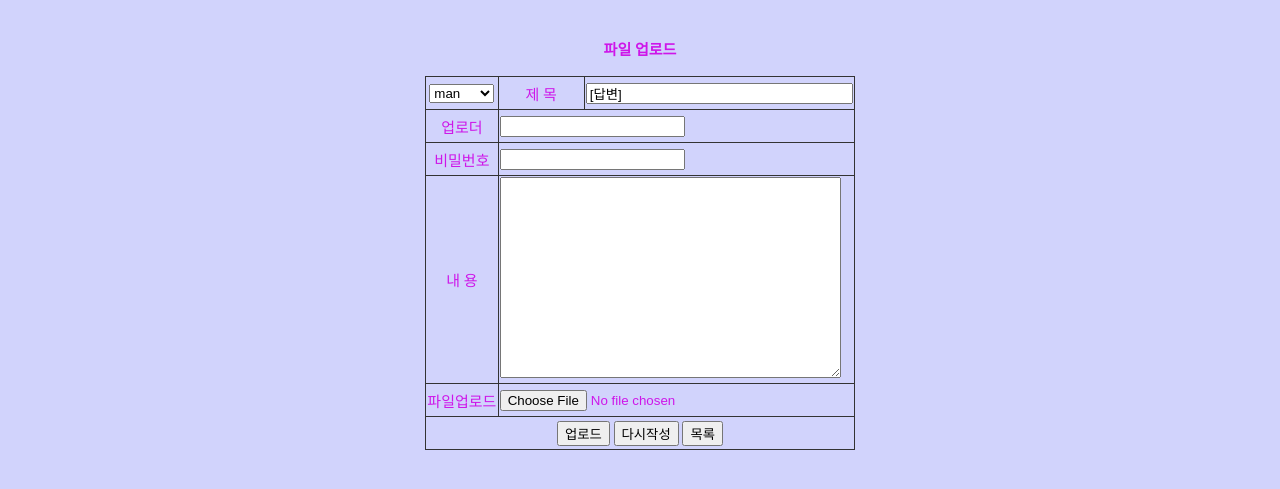
Repository: LouisKisaragi/BB-Bank
Page: http://localhost/FUBoard/board/writeForm.jsp
An editor plug-in stored every save of this project. The page is shown before and after a run of saves, followed by the edit.
The browser window is 1280 px wide. The pictures show the whole page.
The page is served by Tomcat 9.

Above is the page before, as saved 2017-11-10 04:45:16.

After the next 2 saves:
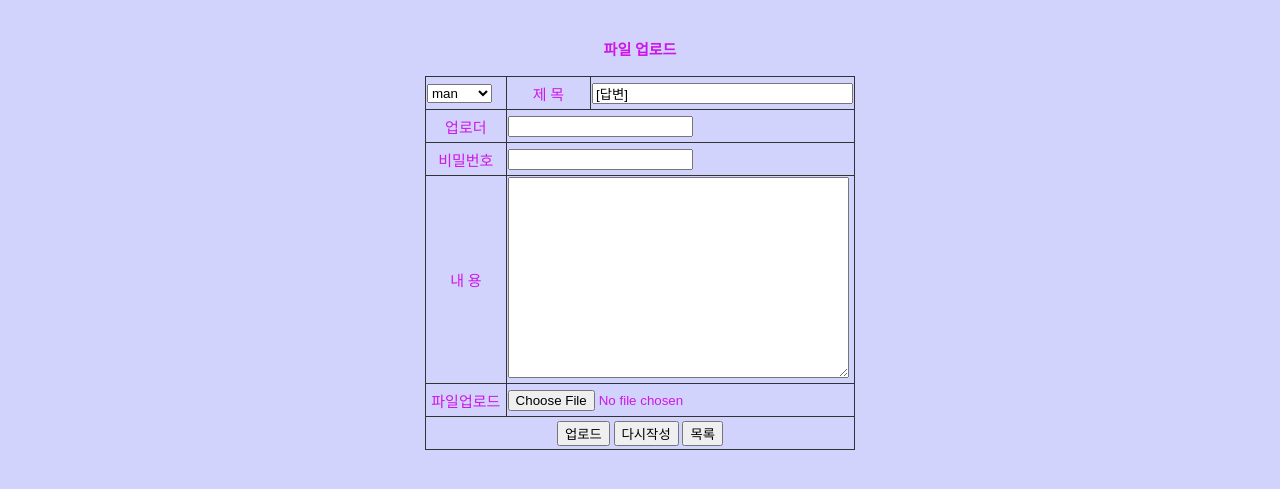
The 2 saves are shown as one change because they came seconds apart.
The last was saved 10 s later.
--- a/workspace/FUBoard/WebContent/board/writeForm.jsp
+++ b/workspace/FUBoard/WebContent/board/writeForm.jsp
@@ -23,7 +23,7 @@
 	<input type="hidden" name="depth" value="${depth}">
 	<table class="board">
 		<tr>
-		<td class="attr">
+			<td>
 					<select name="sex">
 						<option value="m">man</option>
 						<option value="w">woman</option>
